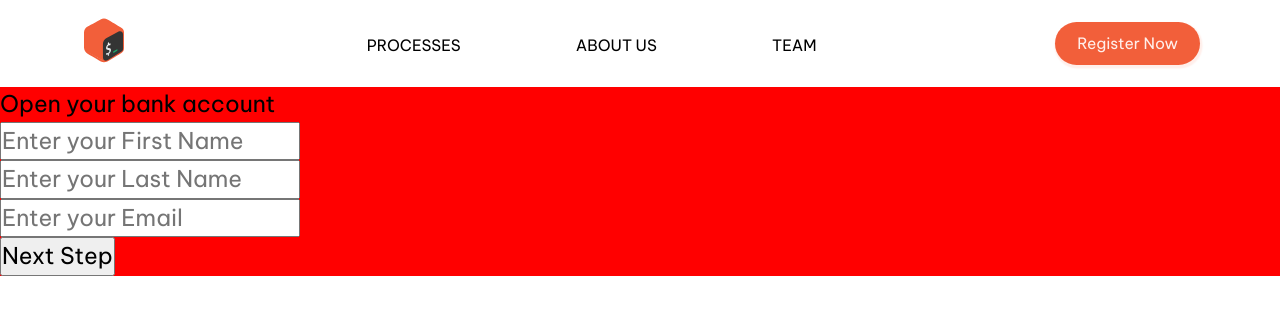
Repository: Esraa22M/Banking_Site
Page: index.html
An editor plug-in stored every save of this project. The page is shown before and after the next save, followed by the edit.
The browser window is 1280 px wide. The pictures show the whole page.

Above is the page before, as saved 2022-10-31 16:26:57.

After the next save:
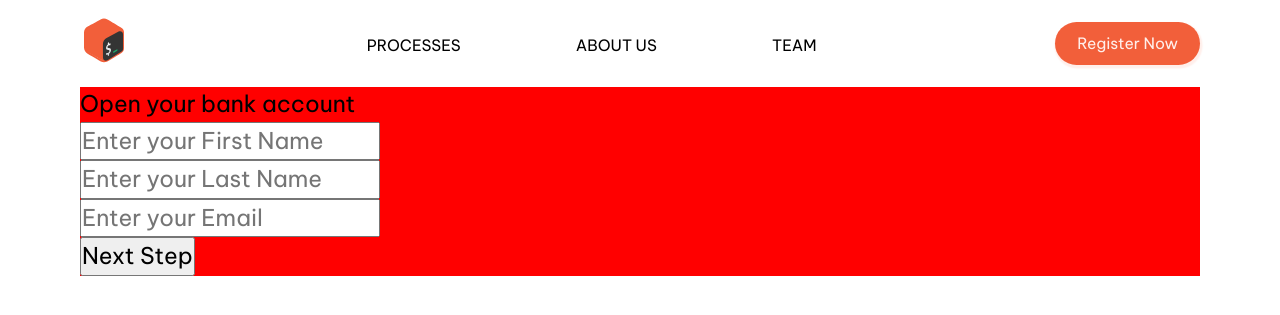
Saved 89 s later.
--- a/index.html
+++ b/index.html
@@ -41,7 +41,7 @@
         </div>
     </header>
     <main>
-        <section class="modal">
+        <section class="modal container">
             <h2>Open your bank account</h2>
             <form>
                 <div><label for="first name" class="sr-only">First Name:</label>
